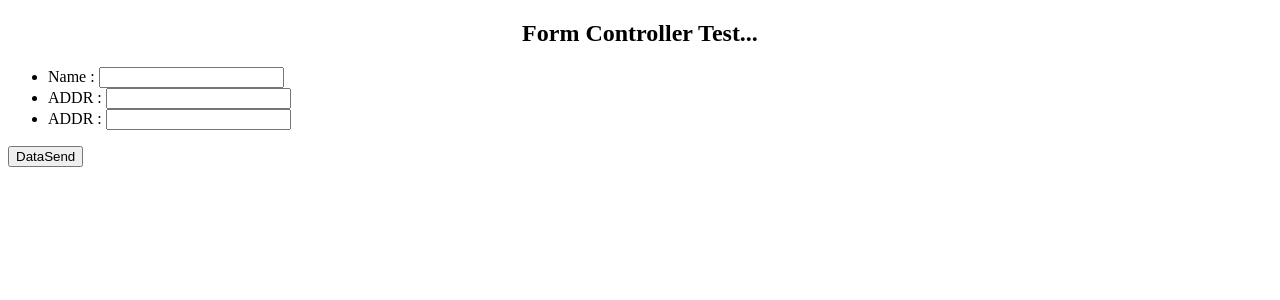
Repository: emily-hong/Maven-study
Page: maven02_SpringMVC/src/main/webapp/form.html
These files come from the project's save history. The page is drawn as it stood at one moment and after the next save; the edit follows.
The browser window is 1280 px wide. The pictures show the whole page.

Above is the page before, as saved 2024-10-02 03:26:48.

After the next save:
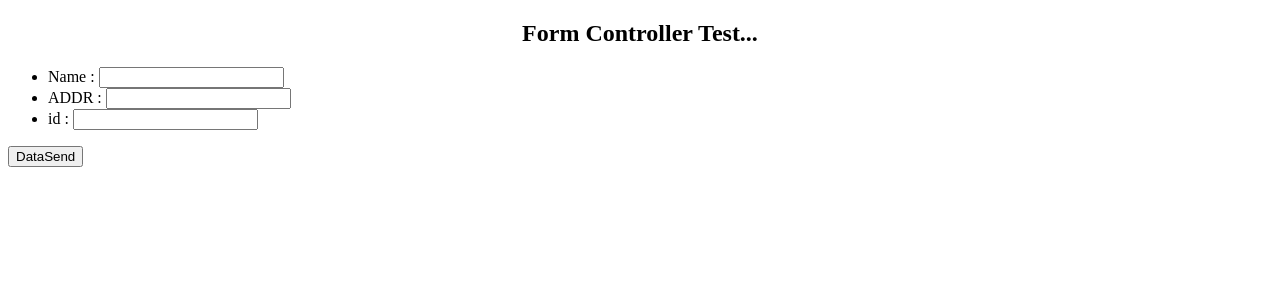
Saved 31 s later.
--- a/maven02_SpringMVC/src/main/webapp/form.html
+++ b/maven02_SpringMVC/src/main/webapp/form.html
@@ -10,7 +10,7 @@
 	<ul>
 		<li>Name : <input type="text" name="userName" id="userName"/></li>
 		<li>ADDR : <input type="text" name="userAddr" id="userAddr"/></li>
-		<li>ADDR : <input type="text" name="id" id="id"/></li>
+		<li>id : <input type="text" name="id" id="id"/></li>
 	</ul>
 	<input type="submit" value="DataSend"/>
 </form>
